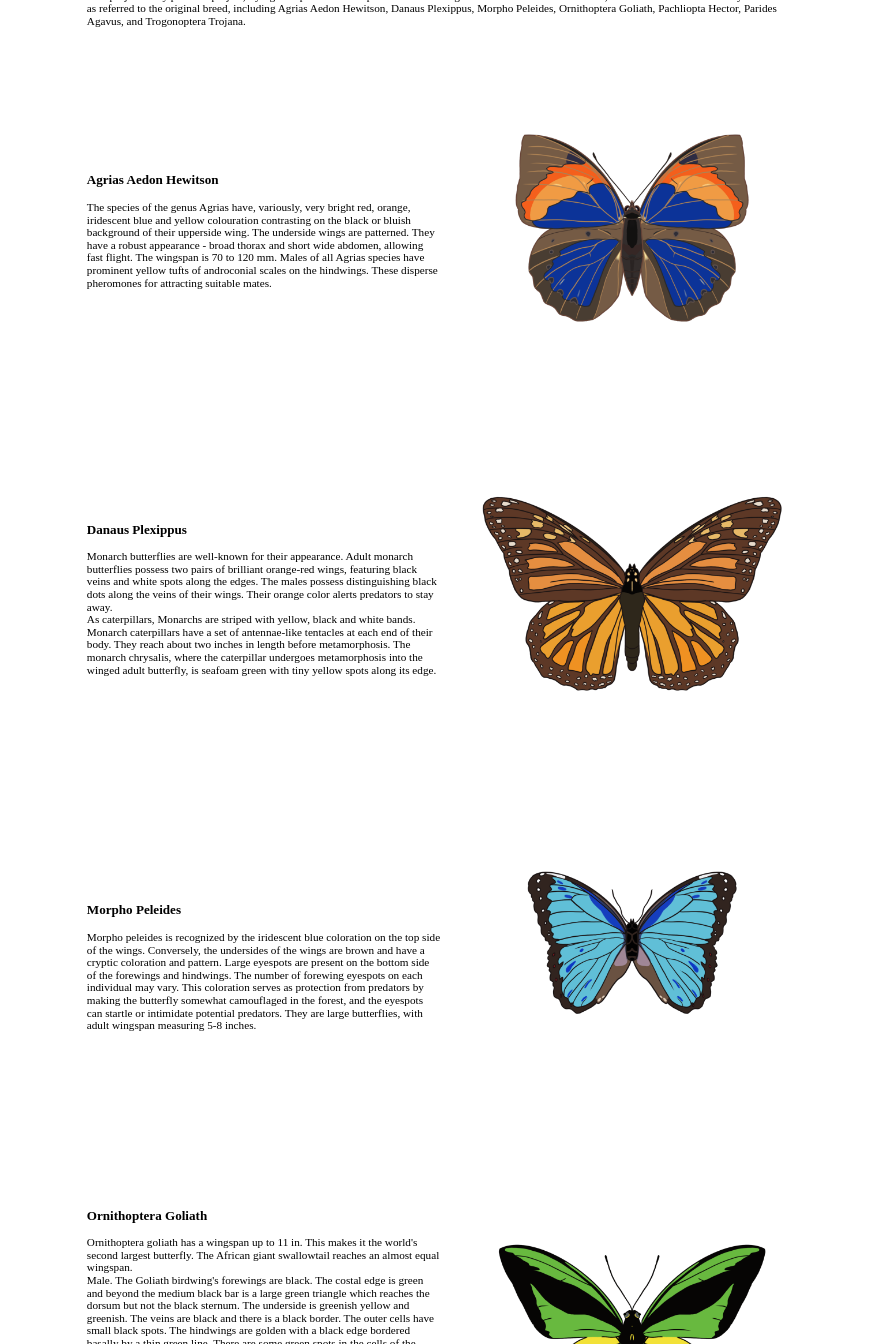
Repository: MeowCeline00/assessment-2
Page: /
An editor plug-in stored every save of this project. The page is shown before and after the next save, followed by the edit.
The browser window is 1280 px wide. The pictures show the part of the page from y = 786 to 2706 px (the page is 4694 px tall before and 4722 px after), at 70% of full size.
The project was rebuilt for these pictures with package versions that can differ from the ones it lists, and the page was loaded fresh each time. The framework's server and built-in components were replaced by stand-ins that run in the browser. Also part of the build but not shown: next.config.mjs.

Above is the page before, as saved 2024-02-07 23:36:42.

After the next save:
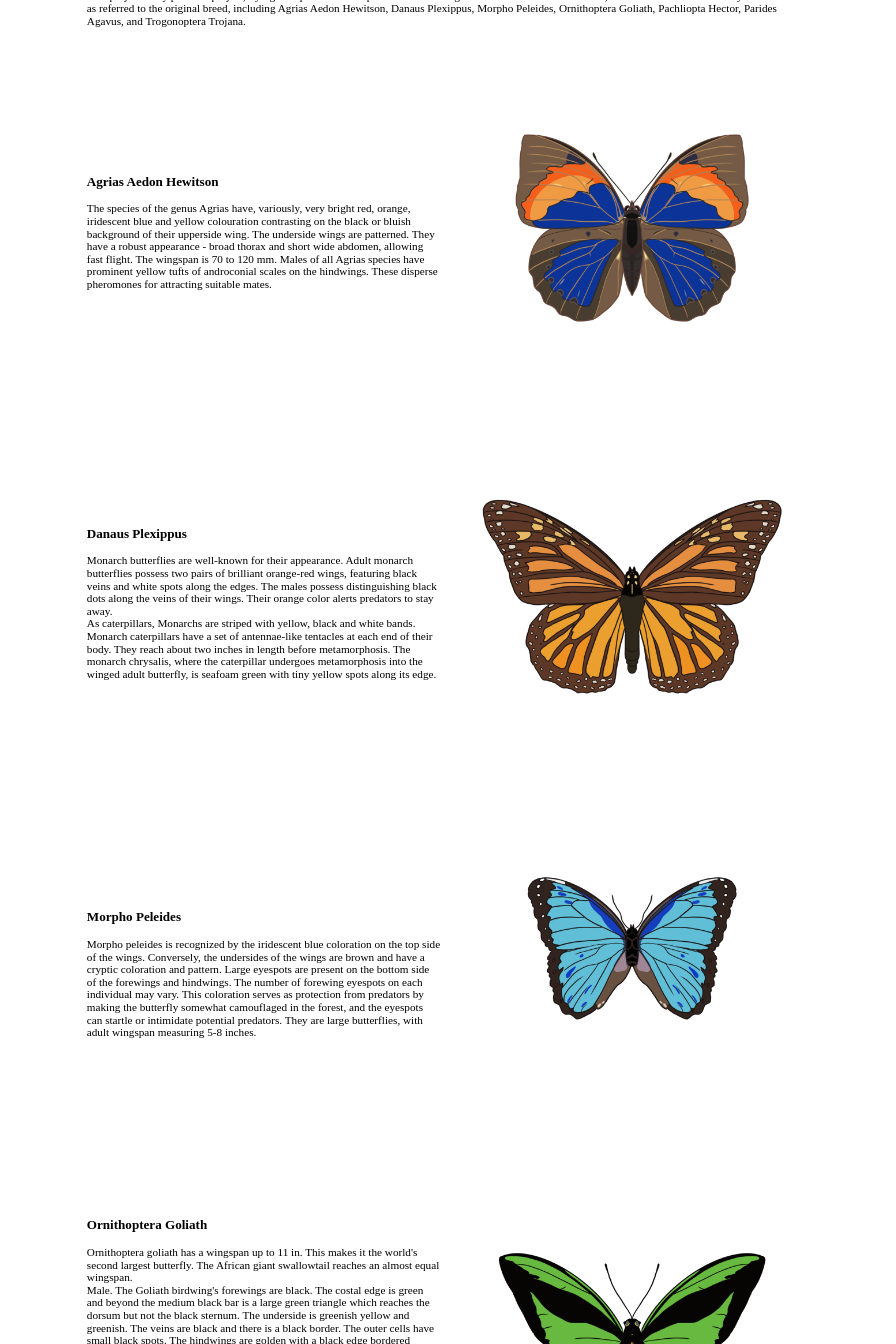
Saved 4 min 27 s later.
--- a/Components/Contents/Contents.module.css
+++ b/Components/Contents/Contents.module.css
@@ -21,17 +21,43 @@
 }
 
 .butterflyDes {
-    flex: 1;
-    padding-right: 20px;
+    flex-basis: 0;
+    flex-grow: 1;
+    padding-right: 20px; /* Adds some space between the text and the image */
 }
 
 .butterflyPic {
-    flex: 1;
-    display: flex;
-    justify-content: flex-start;
+    flex-basis: 0;
+    flex-grow: 1;
 }
 
 .butterflyPic img {
-    width: 100%;
-    height: auto;
+    width: 100%; /* Full width of the flex item */
+    height: auto; /* Keeps the aspect ratio of the image */
 }
+
+/* Tablet view */
+@media (min-width: 701px) and (max-width: 1120px) {
+    .butterflyPattern {
+        flex-direction: row;
+    }
+
+    .butterflyDes {
+        /* Adjustments for tablet view if necessary */
+    }
+
+    .butterflyPic {
+        /* Adjustments for tablet view if necessary */
+    }
+}
+
+/* Mobile view */
+@media (max-width: 700px) {
+    .butterflyPattern {
+        flex-direction: column;
+    }
+
+    .butterflyPic {
+        display: none; /* Hides the images on mobile devices */
+    }
+}
